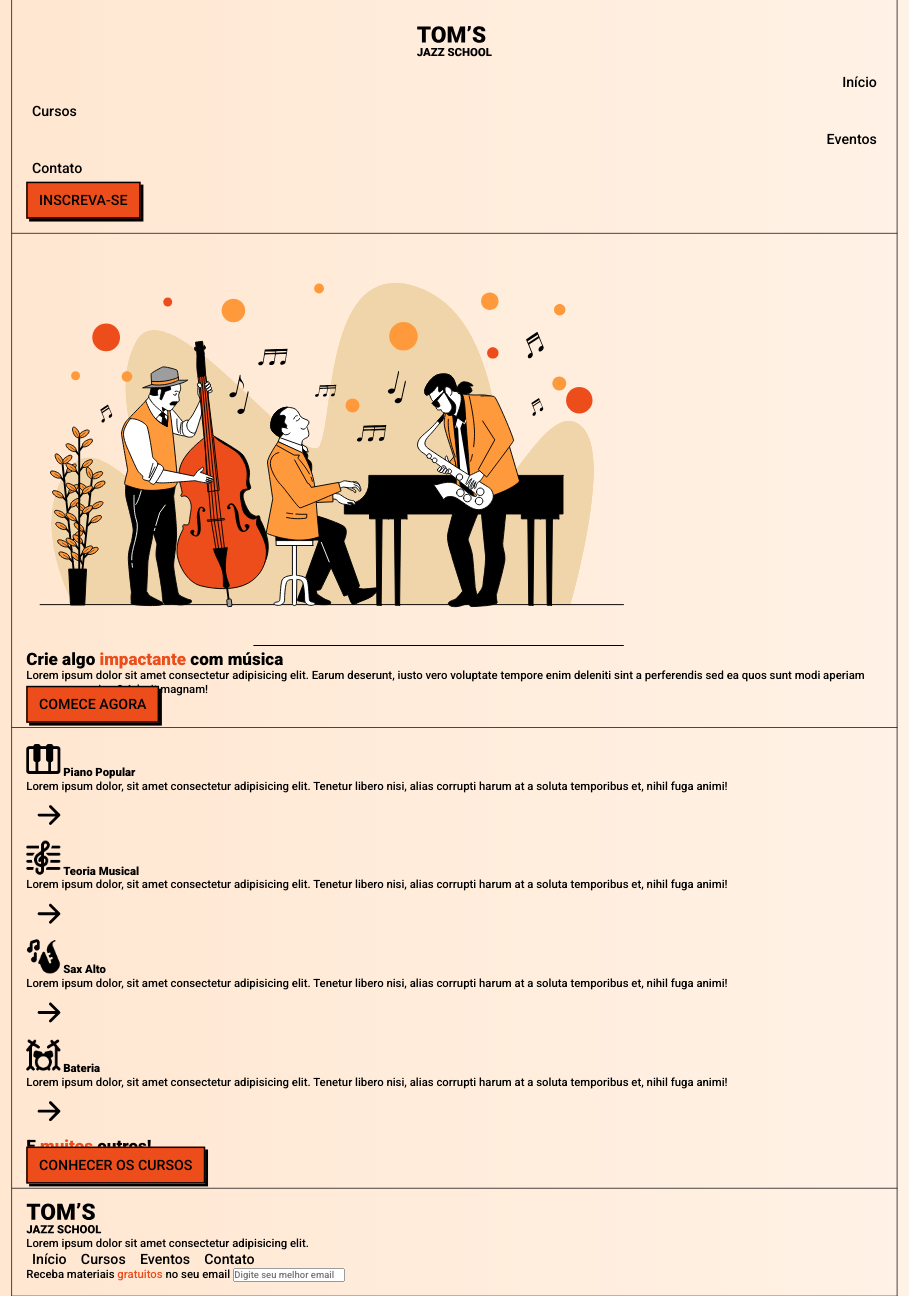
Repository: tenoriodasilva31/OBC-Music-School
Page: index.html
An editor plug-in stored every save of this project. The page is shown before and after the next save, followed by the edit.
The browser window is 1280 px wide. The pictures show the whole page, at 71% of full size.

Above is the page before, as saved 2023-07-05 17:22:09.

After the next save:
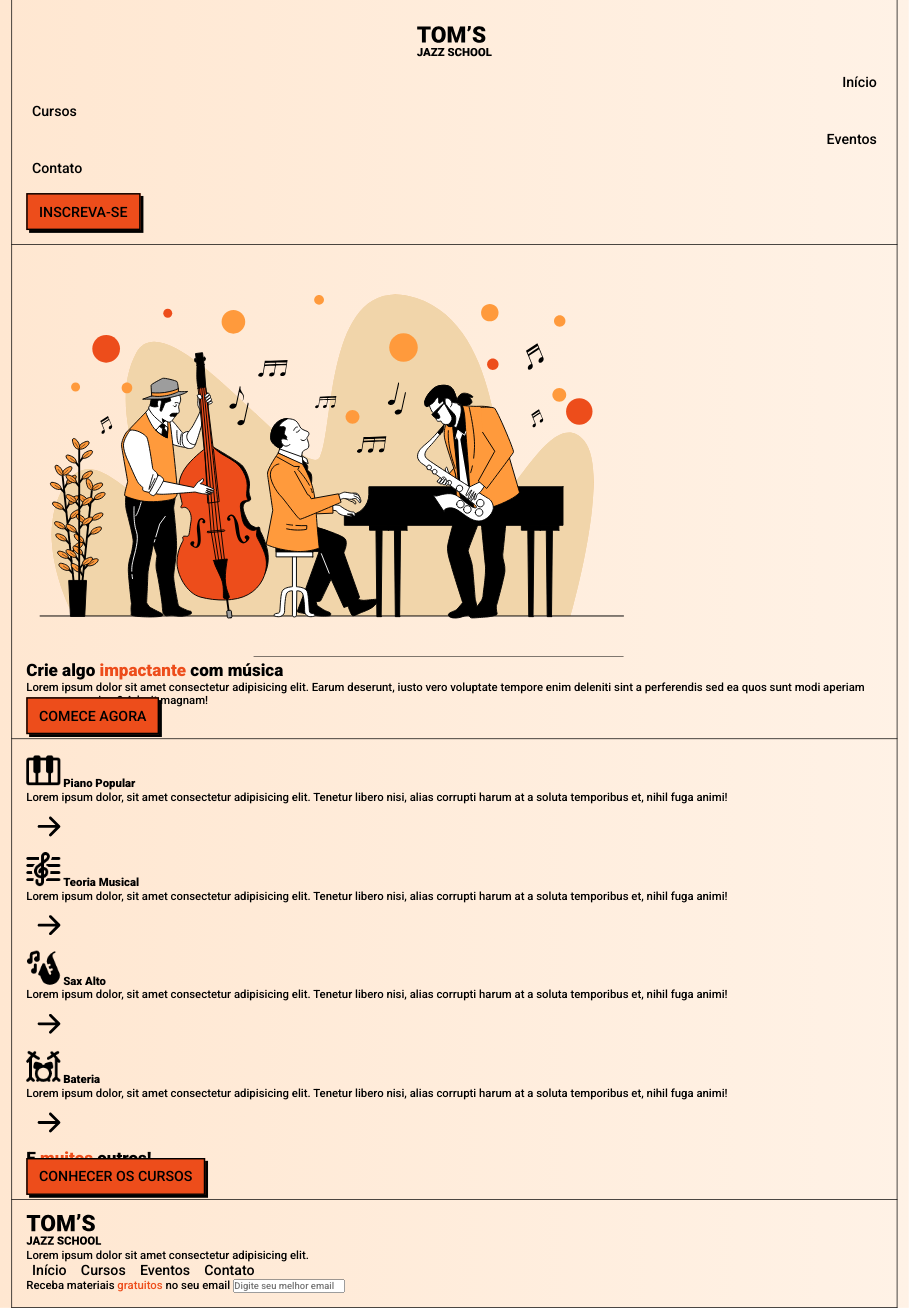
Saved 24 s later.
--- a/index.html
+++ b/index.html
@@ -21,7 +21,7 @@
             <a href="#">Eventos</a>
             <a href="#">Contato</a>
         </nav>
-        <button href="#" class="button">Inscreva-se</button>
+        <button href="#" class="button mt-1 nx-auto">Inscreva-se</button>
     </header>
     <main>
         <section class="hero-section">
